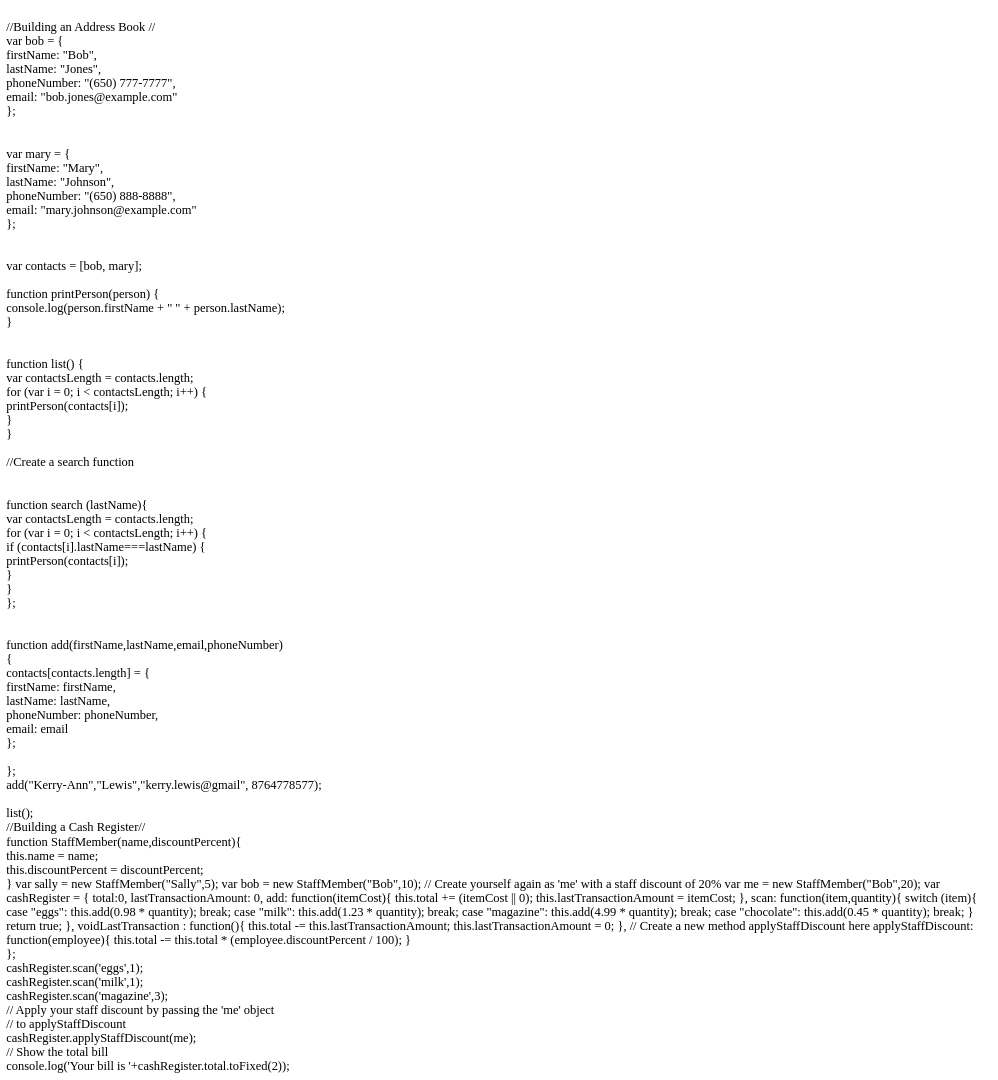
Repository: kernicole/info2180project1
Page: script.html
The author's editor kept a record of every edit. The page is drawn from the files as they stood at one moment, then again after the next edit.
The browser window is 1280 px wide. The pictures show the whole page, at 78% of full size.

Above is the page before.

After the next edit:
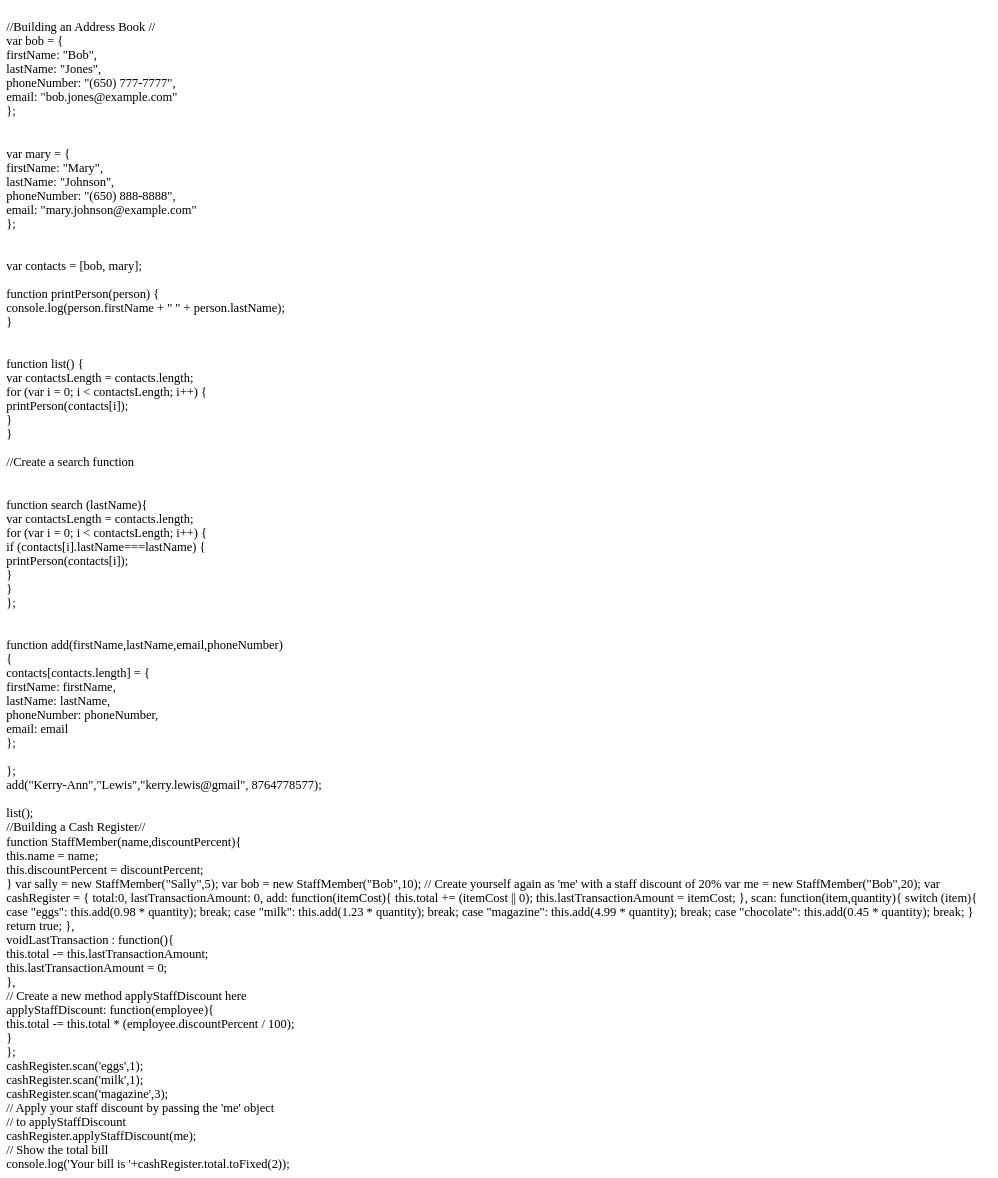
The edit:
--- a/script.html
+++ b/script.html
@@ -104,14 +104,14 @@
         }
         return true;
     },
-    voidLastTransaction : function(){
-        this.total -= this.lastTransactionAmount;
-        this.lastTransactionAmount = 0;
-    },
-    // Create a new method applyStaffDiscount here
-    applyStaffDiscount: function(employee){
-        this.total -= this.total * (employee.discountPercent / 100);
-    }
+ <br/>   voidLastTransaction : function(){
+ <br/>       this.total -= this.lastTransactionAmount;
+<br/>        this.lastTransactionAmount = 0;
+<br/>    },
+<br/>    // Create a new method applyStaffDiscount here
+<br/>    applyStaffDiscount: function(employee){
+<br/>        this.total -= this.total * (employee.discountPercent / 100);
+<br/>    }
 
 <br/>};
 
